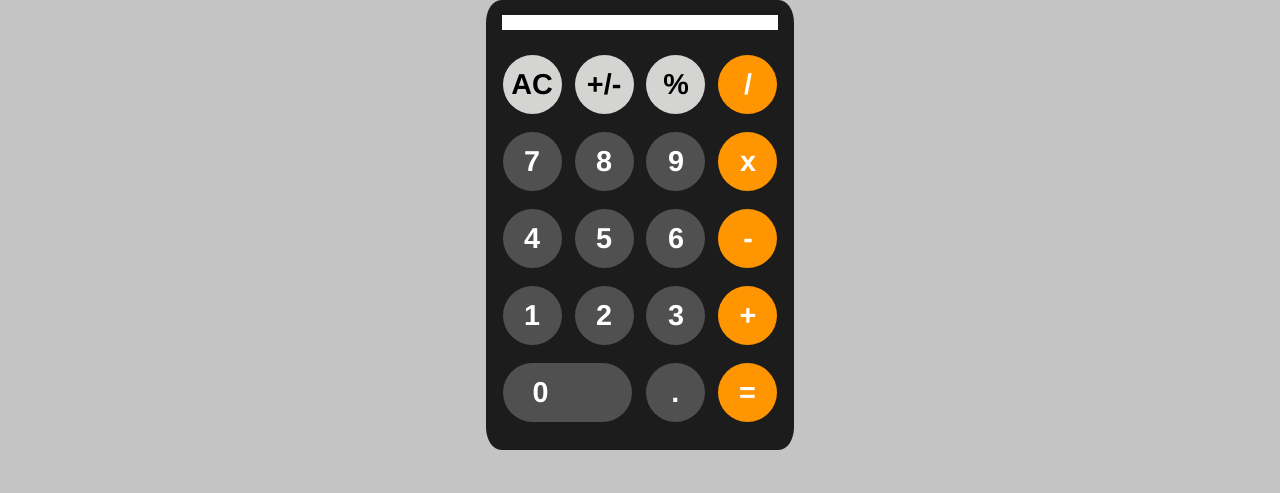
Repository: raulpenate/Calculadora-VUE3
Page: /
An editor plug-in stored every save of this project. The page is shown before and after the next save, followed by the edit.
The browser window is 1280 px wide. The pictures show the whole page.
The project was rebuilt for these pictures with package versions that can differ from the ones it lists, and the page was loaded fresh each time. Also part of the build but not shown: src/components/HelloWorld.vue.

Above is the page before, as saved 2022-03-11 11:07:51.

### src/App.vue
<template>
  <HelloWorld msg="Welcome to Your Vue.js App"/>
  <Calculator/>
</template>

<script>
import HelloWorld from './components/HelloWorld.vue'
import Calculator from './components/Calculator.vue'

export default {
  name: 'App',
  components: {
    Calculator
  }
}
</script>

<style>
#app {
  font-family: Avenir, Helvetica, Arial, sans-serif;
}
</style>

### src/components/Calculator.vue
<template>
  <div class="carcasa">
    <div class="pantalla">
        <input class="pantallainterna" type="number" name="numero">
    </div>
        <div class="fila">
        <div class="boton gris">AC</div>
        <div class="boton gris">+/-</div>
        <div class="boton gris">%</div>
        <div class="boton orange">/</div>
    </div>
    <div class="fila">
        <div class="boton">7</div>
        <div class="boton">8</div>
        <div class="boton">9</div>
        <div class="boton orange">x</div>
    </div>
    <div class="fila">
        <div class="boton">4</div>
        <div class="boton">5</div>
        <div class="boton">6</div>
        <div class="boton orange">-</div>
    </div>
    <div class="fila">
        <div class="boton">1</div>
        <div class="boton">2</div>
        <div class="boton">3</div>
        <div class="boton orange">+</div>
    </div>
    <div class="fila final">
        <div class="boton grande">0</div>
        <div class="boton">.</div>
        <div class="boton orange">=</div>
    </div>
  </div>
</template>

<script>
export default {};
</script>

<style>
*{
    padding: 0;
    margin: 0;
    box-sizing: border-box;
}

body{
    background: #c4c4c4;
    margin: auto 38%;
}

/* CARCASA */

.carcasa{
    background: #1C1C1C;
    display: flex;
    flex-flow: wrap;
    justify-content: space-between;
    border-radius: 5%;
}

/* PANTALLA */

.pantalla{
    padding: 5%;
    display: flex;
    flex-wrap: wrap;
    align-content: stretch;
    width: 100%;
}

input{
    width: 100%;
    /* background: #1C1C1C; */
    /* color: #FFFFFF; */
    display: flex;
    justify-content: end;
    outline: none;
    border: none;
}

input[type=number]::-webkit-inner-spin-button,
input[type=number]::-webkit-outer-spin-button {
  -webkit-appearance: none;
  margin: 0;
}

/* BOTONES */

.fila{
    width: 100%;
    font-weight: bold;
    display: flex;
    flex-flow: wrap row;
    justify-content: space-evenly;
    margin: 2%;
}

.boton{
    background: #505050;
    color: #FFFFFF;
    width: 20px;
    height: 20px;
    position: relative;
    font-size: 4vh;
    padding: 10%;
    display: flex;
    justify-content: center;
    align-items: center;
    border-radius: 50%;
    margin: 1%;
}

.orange{
    background:#FF9500;
}

.gris{
    background: #D4D4D2;
    color: #000;
}

.boton:hover{
    background: rgba(255,255,255, 0.4);
}

.orange:hover{
    background: rgba(247, 127, 72, 0.9);
}

.inicio{
    margin-top: 1%;
}

.final{
    margin-bottom: 8%;
}

.grande{
    flex-grow: 0.70;
    border-radius: 50px;
    display: flex;
    justify-content: start;
}

</style>

Loaded but not shown: public/index.html (common file); src/main.js (common file)

After the next save:
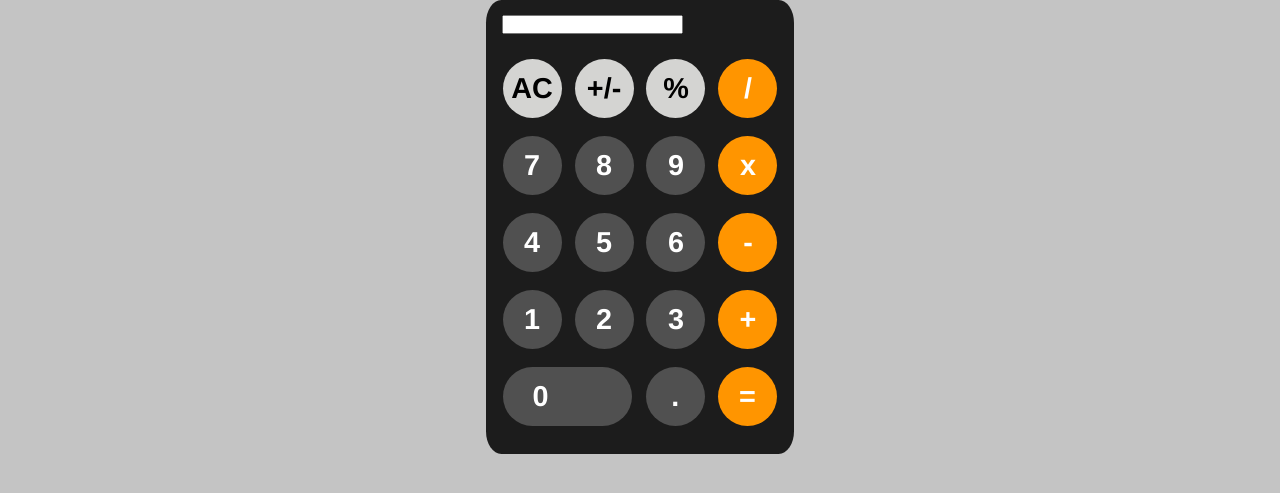
Saved 4 s later.
--- a/src/components/Calculator.vue
+++ b/src/components/Calculator.vue
@@ -71,7 +71,7 @@
     width: 100%;
 }
 
-input{
+.pantallaerna{
     width: 100%;
     /* background: #1C1C1C; */
     /* color: #FFFFFF; */

After the save that followed:
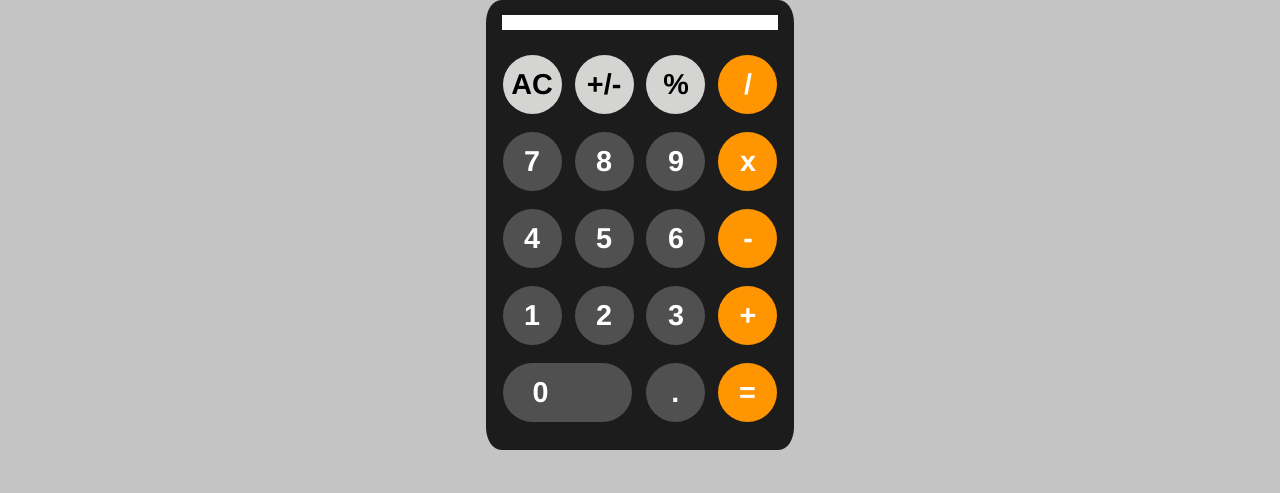
Saved 6 s later.
--- a/src/components/Calculator.vue
+++ b/src/components/Calculator.vue
@@ -71,7 +71,7 @@
     width: 100%;
 }
 
-.pantallaerna{
+.pantallainterna{
     width: 100%;
     /* background: #1C1C1C; */
     /* color: #FFFFFF; */
